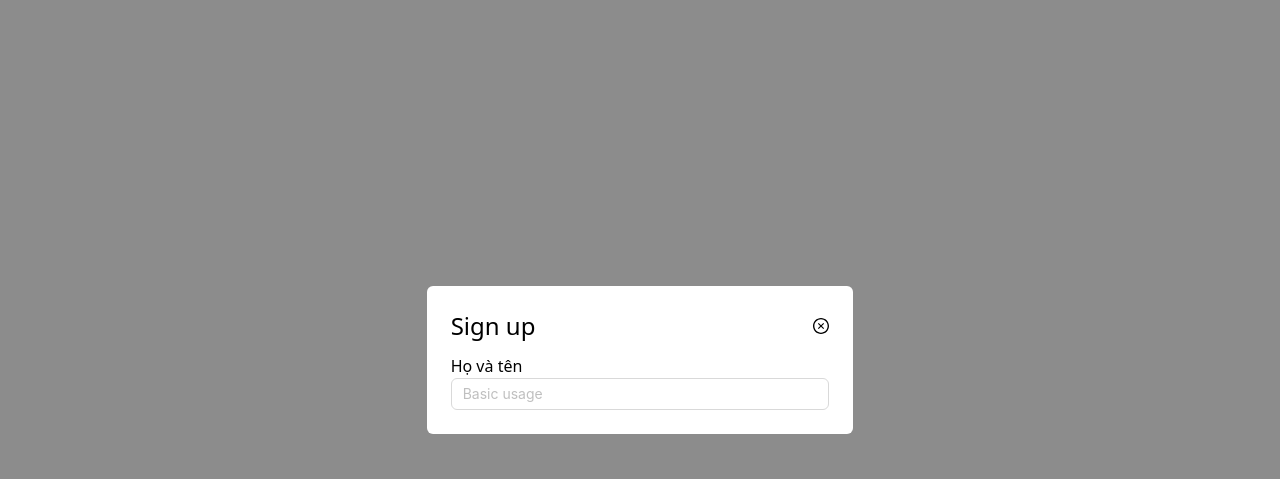
Repository: TinhTT336/MD02_Session14
Page: / (app in client/)
These files come from the project's save history. The page is drawn as it stood at one moment and after the next save; the edit follows.
The browser window is 1280 px wide. The pictures show the whole page.
The project was rebuilt for these pictures with package versions that can differ from the ones it lists, and the page was loaded fresh each time. Also part of the build but not shown: client/vite.config.js, client/src/firebase/configFirebase.js, client/src/components/UploadSingleFile.jsx, client/src/components/register/register.css, client/src/components/register/Register.jsx, client/src/components/register/RegisterWithImg.jsx.

Above is the page before, as saved 2023-09-14 14:13:27.

### client/index.html
<!DOCTYPE html>
<html lang="en">
  <head>
    <meta charset="UTF-8" />
    <link rel="icon" type="image/svg+xml" href="/vite.svg" />
    <meta name="viewport" content="width=device-width, initial-scale=1.0" />
    <title>Vite + React</title>
    <!-- <link
      href="https://cdn.jsdelivr.net/npm/bootstrap@5.0.2/dist/css/bootstrap.min.css"
      rel="stylesheet"
      integrity="sha384-EVSTQN3/azprG1Anm3QDgpJLIm9Nao0Yz1ztcQTwFspd3yD65VohhpuuCOmLASjC"
      crossorigin="anonymous"
    />
    <link
      rel="stylesheet"
      href="https://cdnjs.cloudflare.com/ajax/libs/font-awesome/6.4.2/css/all.min.css"
      integrity="sha512-z3gLpd7yknf1YoNbCzqRKc4qyor8gaKU1qmn+CShxbuBusANI9QpRohGBreCFkKxLhei6S9CQXFEbbKuqLg0DA=="
      crossorigin="anonymous"
      referrerpolicy="no-referrer"
    /> -->
  </head>
  <body>
    <div id="root"></div>
    <script type="module" src="/src/main.jsx"></script>
  </body>
</html>

### client/src/App.jsx

import './App.css'
import UploadSingleFile from './components/UploadSingleFile'
import Register from './components/register/Register'
import RegisterWithImg from './components/register/RegisterWithImg'
import Signup from './components/signup/Signup'

function App() {

  return (
    <>
      {/* <UploadSingleFile /> */}
      {/* <Register /> */}
      {/* <RegisterWithImg /> */}
      <Signup />
    </>
  )
}

export default App

### client/src/components/signup/Signup.jsx
import React from 'react';
import { CloseCircleOutlined } from "@ant-design/icons";
import { Input } from 'antd';

export default function Signup() {
    return (
        <>
            <div className='fixed top-0 left-0 right-0 bottom-0 flex items-center justify-center bg-rgba-black'>
                <form className='bg-white p-6 rounded-md w-2/6'>
                    <div className='flex items-center justify-between'>
                        <h3 className='text-2xl'>Sign up</h3>
                        <CloseCircleOutlined className='cursor-pointer hover:bg-slate-300 rounded-full' />
                    </div>
                    <div className='mt-3'>
                        <label htmlFor="name">Họ và tên</label>
                        <Input placeholder="Basic usage" className='m3-3' name='name' id='name' />
                    </div>
                </form>
            </div>

        </>
    )
}

### client/tailwind.config.js
/** @type {import('tailwindcss').Config} */
export default {
  content: ["./index.html", "./src/**/*.{js,ts,jsx,tsx}"],
  theme: {
    extend: {
      backgroundColor: {
        "rgba-black": "rgba(0,0,0,0.45)",
      },
    },
  },
  plugins: [],
};

Loaded but not shown: client/src/main.jsx (common file); client/src/index.css (common file); client/src/App.css (common file)

After the next save:
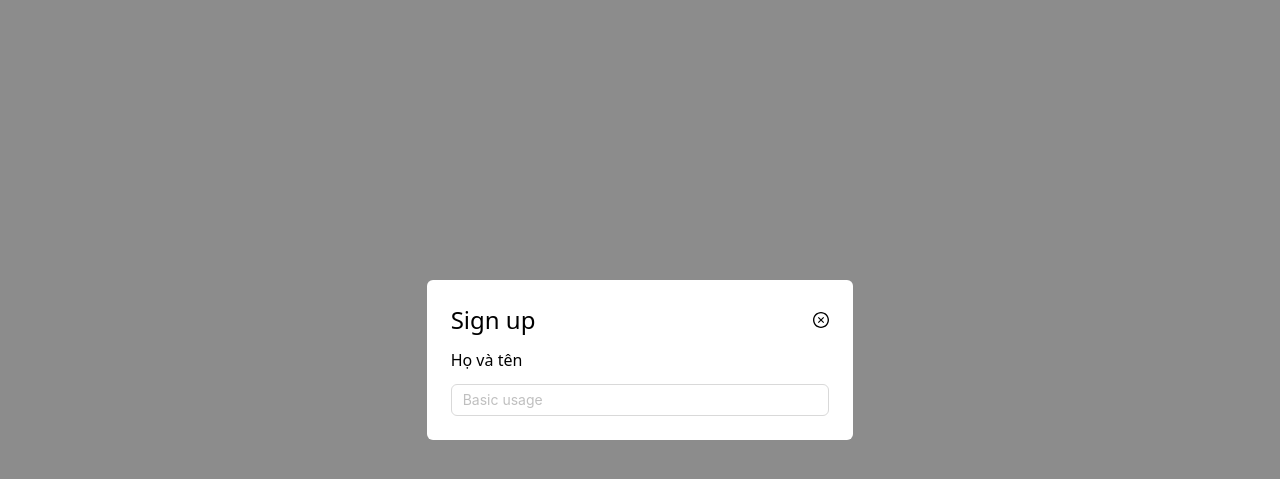
Saved 15 s later.
--- a/client/src/components/signup/Signup.jsx
+++ b/client/src/components/signup/Signup.jsx
@@ -13,7 +13,7 @@ export default function Signup() {
                     </div>
                     <div className='mt-3'>
                         <label htmlFor="name">Họ và tên</label>
-                        <Input placeholder="Basic usage" className='m3-3' name='name' id='name' />
+                        <Input placeholder="Basic usage" className='mt-3' name='name' id='name' />
                     </div>
                 </form>
             </div>
